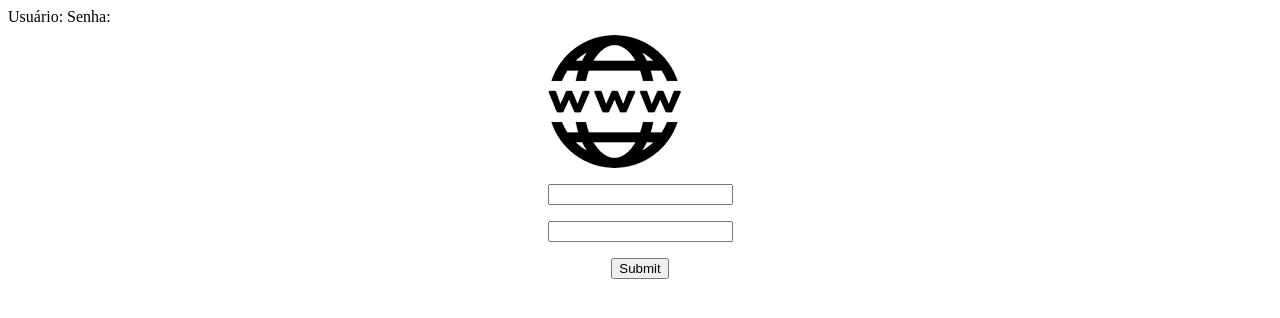
Repository: leonerdy-666/Estudos
Page: http://localhost/JavaWeb/Site.jsp
An editor plug-in stored every save of this project. The page is shown before and after the next save, followed by the edit.
The browser window is 1280 px wide. The pictures show the whole page.
The page is served by Tomcat 9.

Above is the page before, as saved 2023-04-10 23:22:21.

### Udemy/Projeto/JavaWeb/src/main/webapp/Site.jsp
<%@ page language="java" contentType="text/html; charset=ISO-8859-1"
	pageEncoding="ISO-8859-1"%>
<!DOCTYPE html PUBLIC "-//W3C//DTD HTML 4.01 Transitional//EN" "http://www.w3.org/TR/html4/loose.dtd">
<html>
<head>
<meta http-equiv="Content-Type" content="text/html; charset=ISO-8859-1">
<title>Site</title>
</head>
<body>
	<form action="">
		<table cellpadding="7" align="center">

			<tr>
				<td><img src="imagens/logo.png"></td>
			</tr>

			<tr>
				Usuário:<td><input type="text" name="txtUsuario" /></td>
			</tr>
			<tr>
				Senha:
				<td><input type="text" name="txtSenha" /></td>
			</tr>
			<tr>
				<td colspan="2" align="center"><input type="submit"></td>
			</tr>
		</table>
	</form>
</body>
</html>

After the next save:
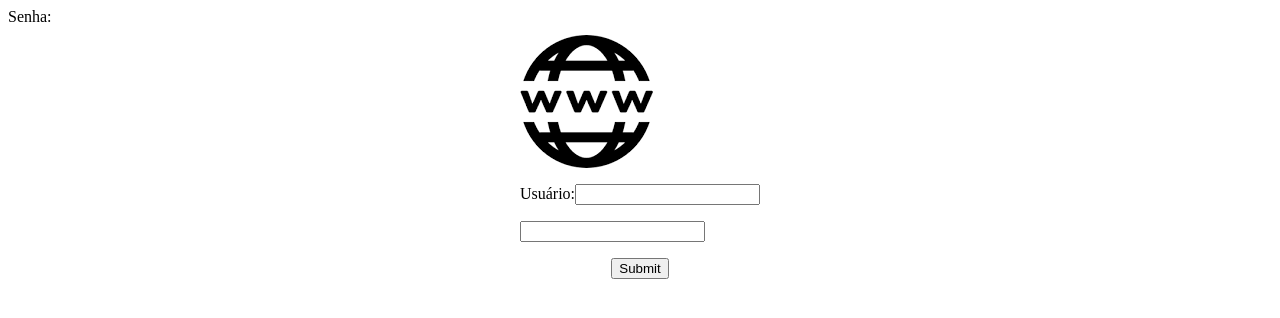
Saved 6 s later.
--- a/Udemy/Projeto/JavaWeb/src/main/webapp/Site.jsp
+++ b/Udemy/Projeto/JavaWeb/src/main/webapp/Site.jsp
@@ -15,7 +15,7 @@
 			</tr>
 
 			<tr>
-				Usuário:<td><input type="text" name="txtUsuario" /></td>
+				<td>Usuário:<input type="text" name="txtUsuario" /></td>
 			</tr>
 			<tr>
 				Senha:
